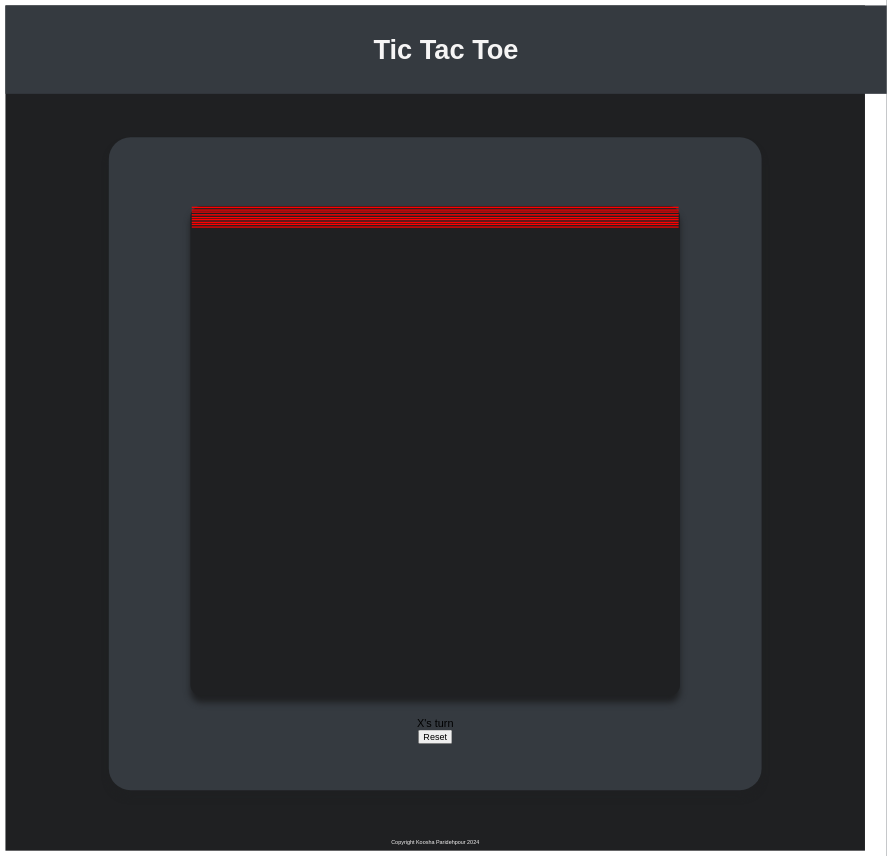
Repository: KooshaPari/odin-TTT
Page: index.html
The author's editor kept a copy of each file at every save. The page is drawn from the files as they stood at one save, then again after the next save.
The browser window is 1280 px wide. The page is 1304 px wide, so the pictures cover 1304 px, including what lies to the right of the window. The pictures show the whole page, at 68% of full size.

Above is the page before, as saved 2024-03-14 22:51:51.

### index.html
<!doctype html>
<html lang="en">
  <head>
    <meta charset="UTF-8" />

    <link rel="stylesheet" href="./style.css" />
    <meta name="viewport" content="width=device-width, initial-scale=1.0" />
    <title>Document</title>
  </head>
  <body>
    <div id="parent">
      <div id="header">
        <h1>Tic Tac Toe</h1>
      </div>
      <div id="body">
        <div id="game">
          <div id="board">
            <div class="square" id="0"></div>
            <div class="square" id="1"></div>
            <div class="square" id="2"></div>
            <div class="square" id="3"></div>
            <div class="square" id="4"></div>
            <div class="square" id="5"></div>
            <div class="square" id="6"></div>
            <div class="square" id="7"></div>
            <div class="square" id="8"></div>
          </div>
          <div id="status">X's turn</div>
          <button id="reset">Reset</button>
        </div>
      </div>
      <div id="footer">
        <p>Copyright Koosha Paridehpour 2024</p>
      </div>
    </div>
  </body>
</html>

### style.css
* {
  font-family: sans-serif;
}
#parent {
  background-color: #1f2022;
  width: 100%;
  height: 100%;
}
#header {
  background-color: #353a40;
  padding: 1.25%;
  width: 100%;
  height: 100%;
}
#header h1 {
  color: #f6f5f5;

  font-size: 2.5em;
}
#footer p {
  color: #f6f5f5;
  font-size: 0.5em;
}

#header,
#footer,
#body {
  display: flex;
  align-items: center;
  justify-content: center;
}
#title {
  color: #f6f5f5;
}
#body {
  flex-direction: column;
}
#game {
  transition: 2.5s ease-in-out;
  display: flex;
  flex-direction: column;
  justify-content: center;
  align-items: center;
  background-color: #353a40;
  border-radius: 2em;
  margin: 5vw;
  box-shadow: 0px 10px 10px #1f2022;
  width: 75vw;
  height: 75vw;
  -webkit-border-radius: 2em;
  -moz-border-radius: 2em;
  -ms-border-radius: 2em;
  -o-border-radius: 2em;
  -webkit-transition: 2.5s ease-in-out;
  -moz-transition: 2.5s ease-in-out;
  -ms-transition: 2.5s ease-in-out;
  -o-transition: 2.5s ease-in-out;
}
#board {
  width: 75%;
  transition: 1s ease-in-out;
  height: 75%;
  background-color: #1f2022;
  border-radius: 1em;
  margin: 2em;
  box-shadow: 0px 10px 10px #1f2022;
  -webkit-border-radius: 1em;
  -moz-border-radius: 1em;
  -ms-border-radius: 1em;
  -o-border-radius: 1em;
  -webkit-transition: 1s ease-in-out;
  -moz-transition: 1s ease-in-out;
  -ms-transition: 1s ease-in-out;
  -o-transition: 1s ease-in-out;
}
#board:hover {
  transform: scale(1.025) translate(0, -1em);
  transition: 0.5s ease-in-out;
  -webkit-transform: scale(1.025) translate(0, -1em);
  -moz-transform: scale(1.025) translate(0, -1em);
  -ms-transform: scale(1.025) translate(0, -1em);
  -o-transform: scale(1.025) translate(0, -1em);
  -webkit-transition: 0.5s ease-in-out;
  -moz-transition: 0.5s ease-in-out;
  -ms-transition: 0.5s ease-in-out;
  -o-transition: 0.5s ease-in-out;
}
#game:hover {
  transform: scale(1.05) translate(0, -0.5em);
  transition: 10s ease-in-out;
  -webkit-transform: scale(1.05) translate(0, -0.5em);
  -moz-transform: scale(1.05) translate(0, -0.5em);
  -ms-transform: scale(1.05) translate(0, -0.5em);
  -o-transform: scale(1.05) translate(0, -0.5em);
  -webkit-transition: 10s ease-in-out;
  -moz-transition: 10s ease-in-out;
  -ms-transition: 10s ease-in-out;
  -o-transition: 10s ease-in-out;
}
.square {
  border: 0.1px solid red;
  margin: 0.1em;
}

After the next save:
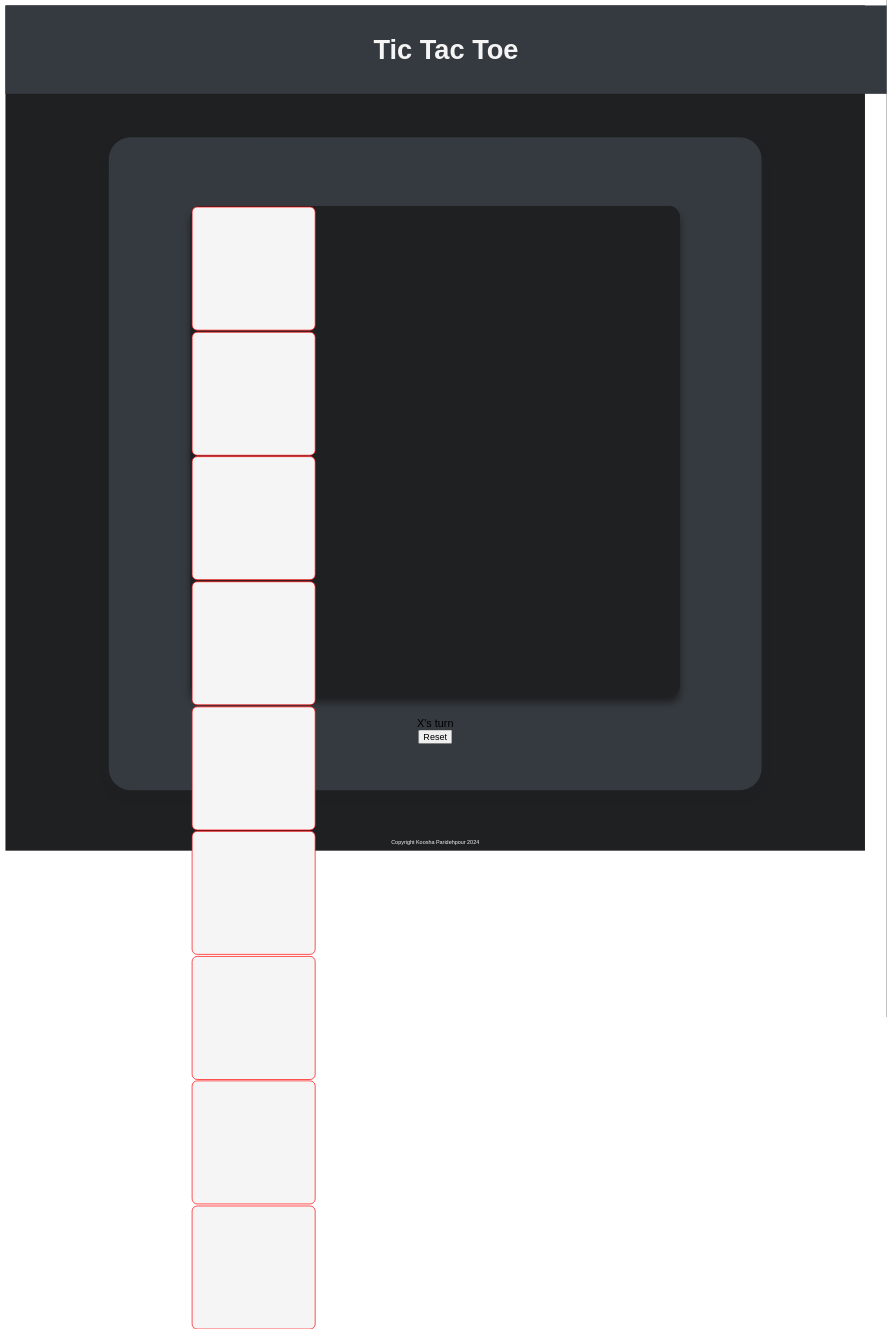
Saved 4 s later.
--- a/style.css
+++ b/style.css
@@ -100,4 +100,12 @@
 .square {
   border: 0.1px solid red;
   margin: 0.1em;
+  width: 25%;
+  height: 25%;
+  background-color: #f6f5f5;
+  border-radius: 0.5em;
+  -webkit-border-radius: 0.5em;
+  -moz-border-radius: 0.5em;
+  -ms-border-radius: 0.5em;
+  -o-border-radius: 0.5em;
 }
